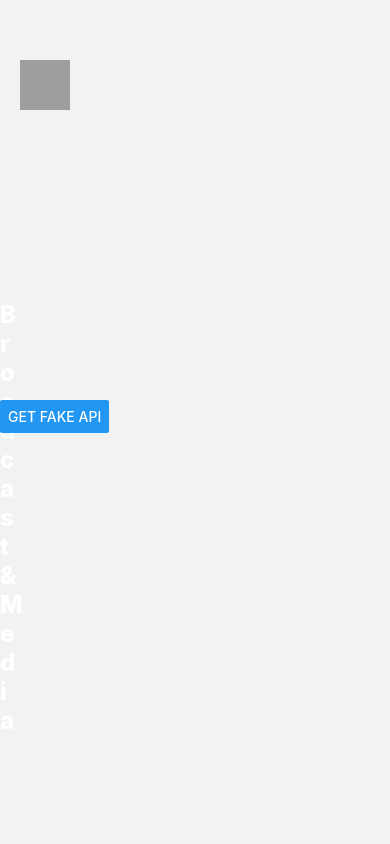
Repository: BCIT-Rooty/rooty-expo
Screen: /BroadcastMedia
An editor plug-in stored every save of this project. The screen is shown before and after a run of saves, followed by the edit.
Pictures or frames that could not be fetched are drawn as grey boxes. The app was drawn by React Native's web renderer in a window 390 px wide. The project was rebuilt for these pictures with package versions that can differ from the ones it lists, and the page was loaded fresh each time. Also part of the build but not shown: components/text.js, components/postCard.js, screens/Computing.js, screens/Marketing.js, screens/BusinessFinance.js, screens/DigitalArtsDesign.js, screens/Tutoring.js.

Above is the screen before, as saved 2022-12-11 18:47:51.

### App.js
import { NavigationContainer } from '@react-navigation/native';
import { createNativeStackNavigator } from '@react-navigation/native-stack';
import Home from './screens/Home';
import BroadcastMedia from './screens/BroadcastMedia'
import Computing from './screens/Computing'
import Marketing from './screens/Marketing'
import BusinessFinance from './screens/BusinessFinance'
import DigitalArtsDesign from './screens/DigitalArtsDesign'
import Tutoring from './screens/Tutoring'

const Stack = createNativeStackNavigator();

export default function App() {
  return (
    <NavigationContainer>
      <Stack.Navigator>
        <Stack.Screen options={{headerShown: false}} name="Home" component={Home} />
        <Stack.Screen options={{headerShown: false}} name="BroadcastMedia" component={BroadcastMedia} />
        <Stack.Screen options={{headerShown: false}} name="Computing" component={Computing} />
        <Stack.Screen options={{headerShown: false}} name="Marketing" component={Marketing} />
        <Stack.Screen options={{headerShown: false}} name="BusinessFinance" component={BusinessFinance} />
        <Stack.Screen options={{headerShown: false}} name="DigitalArtsDesign" component={DigitalArtsDesign} />
        <Stack.Screen options={{headerShown: false}} name="Tutoring" component={Tutoring} />
      </Stack.Navigator>
    </NavigationContainer>
  );
}

### screens/Home.js
import { StatusBar } from 'expo-status-bar';
import { StyleSheet, Text, View } from 'react-native';
import styled from 'styled-components/native';
import { useState } from 'react';
import { FlexBox } from '../components/flexbox';
import TextBox from '../components/text';
import CategoryCard from '../components/categoryCard';
import { useNavigation } from '@react-navigation/native'

export default function Home() {
  const [listOfCategories, setListOfCategories] = useState([
    { id: "BroadcastMedia", name: "Broadcast & Media", image:"https://starbooks.ca/wk06website/wp-content/uploads/2022/12/broadcast-500x500.png" },
    { id: "Computing", name: "Computing", image:"https://starbooks.ca/wk06website/wp-content/uploads/2022/12/programming-Small.jpeg" },
    { id: "Marketing", name: "Marketing", image:"https://starbooks.ca/wk06website/wp-content/uploads/2022/12/marketing-500x500.png" },
    { id: "BusinessFinance", name: "Business & Finance", image:"https://starbooks.ca/wk06website/wp-content/uploads/2022/12/business-Small.jpeg" },
    { id: "DigitalArtsDesign", name: "Digital Arts & Design", image:"https://starbooks.ca/wk06website/wp-content/uploads/2022/12/digitalarts-Small.jpeg" },
    { id: "Tutoring", name: "Tutoring", image:"https://starbooks.ca/wk06website/wp-content/uploads/2022/12/tutoring-Small.jpeg" },
  ]);
    const  navigation = useNavigation()

    const SendRoute = (catId) => {
      navigation.navigate(catId)
      console.log("Hello")
    }


  return (
     <View style={{borderWidth:0, width:"100%", padding:"20px", height:"100%", backgroundColor:"#F8F6F2"}}>
          <View style={{width:"100%", justifyContent:"start", alignItems:"flex-start", paddingTop:50, paddingRight:0, paddingLeft:20, minHeight:90, borderBottomWidth: 1, borderBottomColor: 'grey', marginBottom:20}}>
            <Text style={{fontSize:20, fontWeight:"700"}}>Search</Text>
          </View>
          <View style={{flexWrap:"wrap", flexDirection:"row", borderWidth:"0px", display:"flex", justifyContent:"center"}} >
          {listOfCategories.map((category) => (
              <CategoryCard key={category.id} onPress={()=>{SendRoute(category.id)}} name={category.name} image={category.image}></CategoryCard>

            ))
          }
          </View>
      </View>
  );
}

### screens/BroadcastMedia.js
import { StatusBar } from 'expo-status-bar';
import { StyleSheet, Text, View, Button, KeyboardAvoidingView, ScrollView, Image } from 'react-native';
import styled from 'styled-components/native';
import { useState } from 'react';
import { FlexBox } from '../components/flexbox';
import TextBox from '../components/text';
import CategoryCard from '../components/categoryCard';
import { useNavigation } from '@react-navigation/native'
import PostCard from '../components/postCard';
import BackButton from '../components/backButton';
import axios from 'axios';
import HeaderCat from '../components/headerCat';

export default function BroadcastMedia() {
    const  navigation = useNavigation()
    const hey = () => {
      navigation.navigate('Home')
    }
    const [go, setGo] = useState("ok")
    const [number, setNumber] = useState("")
    const [cards, setCards] = useState([]);
    const [toast, showToast] = useState("blue")
    const [toastText, showToastText] = useState("Enter a number")
    const [loading, setLoading] = useState(false)

    const GetAPICards = () => {
      // await means please wait for the line to finish before moving onto the next line

      //.then .catch
      setGo("ok")
      setLoading(true)
      // await axios.get("https://fakerapi.it/api/v1/images?_quantity=10")
      axios.get("https://fakerapi.it/api/v1/products?_price_max=120&_quantity=6&_price_min=40&_type=architecture")
              .then((result)=>{
                  setGo(true)
                  setCards([
                    ...result.data.data
                  ])
                  showToast("green")
                  showToastText("Successfully retrieved data!")
                  console.log(result.data.data)
              })
              .catch((error)=>{
                  // setGo(false)
                  // showToastText("Failed getting data")
                  // showToast("red")
                  console.log(error.message)
              })
      // setLoading(false)

    }


  return (
    <KeyboardAvoidingView style={{display:"flex", justifyContent:"start", alignItems:"start", height:"100%"}}>
     <HeaderCat></HeaderCat>
    <Button onPress={() => GetAPICards()} title="Get Fake API"/>
    <ScrollView contentContainerStyle={{display:"flex", justifyContent:"start", alignItems:"center",}} style={{marginTop:50, width:"100%",}}>
        {go === true && cards.map((o,i)=>(
          <View key={i} style={{marginBottom:30}}>
            <PostCard url={o.image} title={o.name} description={o.price} ratings={o.categories[0] + "/10 Stars"}/>
          </View>
        ))}
    </ScrollView>
</KeyboardAvoidingView>
  );
}

### components/flexbox.js
import styled from 'styled-components/native'

export const FlexBox = styled.View`
    display:flex;
    justify-content:${props=>props.justifyContent};
    align-items:${props=>props.alignItems};
    flex-direction:${props=>props.dir};
    flex-wrap: ${props=>props.flexWrap};
    width: ${props=>props.width};
    height: ${props=>props.height};
    background-color: ${props=>props.bgColor};
    padding: ${props=>props.padding || "0px"};
    min-height: ${props=>props.minHeight};
    max-height: ${props=>props.maxHeight};
    background-image: ${props=>props.linearGradient}, url(${props=>props.bgImage});
    background-position: ${props=>props.bgPosition};
    background-size: ${props=>props.bgSize};
    border-radius:${props=>props.borderRadius};
    filter: ${props=>props.filter};
    border: ${props=>props.border};
    position: ${props=>props.position};
    top: ${props=>props.top};
    left:${props=>props.left};
    bottom: ${props=>props.bottom};
    border-bottom-style: ${props=>props.borderBottom};
    border-top: ${props=>props.topBorder};
    border-bottom: ${props=>props.bottomBorder};
    color: ${props=>props.color};
    cursor: ${props=>props.cursor};
    max-width: ${props=>props.maxWidth};
    min-width: ${props=>props.minWidth};
    overflow-y: ${props=>props.overflowY};
    overflow-anchor: ${props=>props.overflowA}
`;

### components/categoryCard.js
import { FlexBox } from "./flexbox"
import { Image, Pressable, Text } from "react-native"


export default function CategoryCard({
    key,
    name,
    image,
    onPress=()=>{}
}) {

    return (
      <Pressable key={key} onPress={onPress} style={{marginHorizontal:10,marginVertical: 15, shadowOffset:{width:0, height:5}, shadowOpacity:0.4, shadowRadius:5}}>
          <FlexBox dir="column" style={{width:155, height:140, borderRadius:5, borderWidth:0, alignItems:"flex-end", justifyContent:"flex-end"}}>
            <Image style={{width:"100%", height:"87%"}} borderTopLeftRadius="5pt" borderTopRightRadius="5pt"source={{uri:image}}></Image>
            <FlexBox border="0" height="49pt" width="100%" borderBottomEndRadius="5pt" borderBottomLeftRadius="5pt" bgColor="white" justifyContent="start" padding="5%">
                <Text size="16px" weight="bold" align="left" borderRadius="15px">{name}</Text>
            </FlexBox>
        </FlexBox>
      </Pressable>
    )
  };

### components/backButton.js
import { FlexBox } from "./flexbox"
import { Image, Pressable, Text, View } from "react-native"


export default function BackButton({
    onPress = () => {},
    style
}) {

    return (
        <Pressable onPress={onPress} style={style}>
            <View style={{width:50, height:50, borderRadius:25, backgroundColor:"white"}}></View>
            <Image style={{width:50, height:50, position:"absolute"}} source={{uri:"https://cdn-icons-png.flaticon.com/512/93/93634.png"}}></Image>
        </Pressable>
    )
  };

### components/headerCat.js
import { StatusBar } from 'expo-status-bar';
import { StyleSheet, Text, View, Button, KeyboardAvoidingView, ScrollView, Image } from 'react-native';
import styled from 'styled-components/native';
import { useState } from 'react';
import { FlexBox } from '../components/flexbox';
import TextBox from '../components/text';
import CategoryCard from '../components/categoryCard';
import { useNavigation } from '@react-navigation/native'
import PostCard from '../components/postCard';
import BackButton from '../components/backButton';
import axios from 'axios';

export default function HeaderCat() {
    const  navigation = useNavigation()
    const hey = () => {
      navigation.navigate('Home')
    }



  return (
    <View style={{display:"flex", justifyContent:"start", alignItems:"start", height:400}}>
      <Image style={{width:"100%", height:300}} source={{uri:"https://starbooks.ca/wk06website/wp-content/uploads/2022/12/broadcast-500x500.png"}}></Image>
      <View style={{width:"100%", height:300, backgroundColor:"rgba(79, 77, 176, 0.7)", position:"absolute", top: 50}}></View>
      <BackButton style={{position:"absolute", top:60, left:20}} onPress={hey}></BackButton>
      <Text style={{position:"absolute", top:300, fontSize:24, color:"white", fontWeight:"800", width:"100%", textAlign:"center"}}>Broadcast & Media</Text>
    </View>
  );
}

After the next 2 saves:
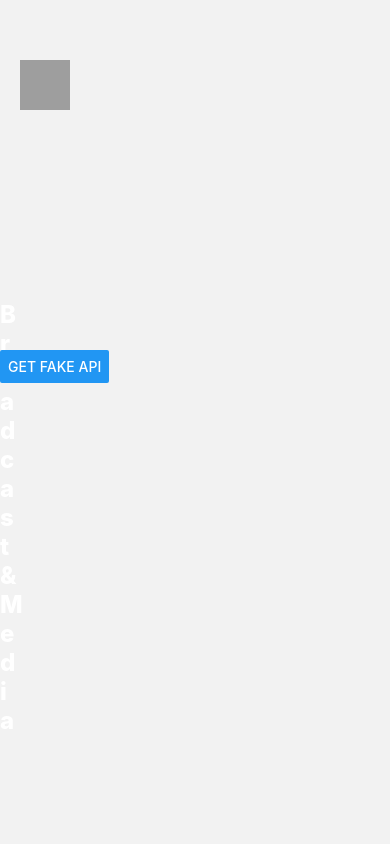
The 2 saves are shown as one change because they came seconds apart.
The last was saved 6 s later.
--- a/components/headerCat.js
+++ b/components/headerCat.js
@@ -19,7 +19,7 @@ export default function HeaderCat() {
 
 
   return (
-    <View style={{display:"flex", justifyContent:"start", alignItems:"start", height:400}}>
+    <View style={{display:"flex", justifyContent:"start", alignItems:"start", height:350}}>
       <Image style={{width:"100%", height:300}} source={{uri:"https://starbooks.ca/wk06website/wp-content/uploads/2022/12/broadcast-500x500.png"}}></Image>
       <View style={{width:"100%", height:300, backgroundColor:"rgba(79, 77, 176, 0.7)", position:"absolute", top: 50}}></View>
       <BackButton style={{position:"absolute", top:60, left:20}} onPress={hey}></BackButton>
